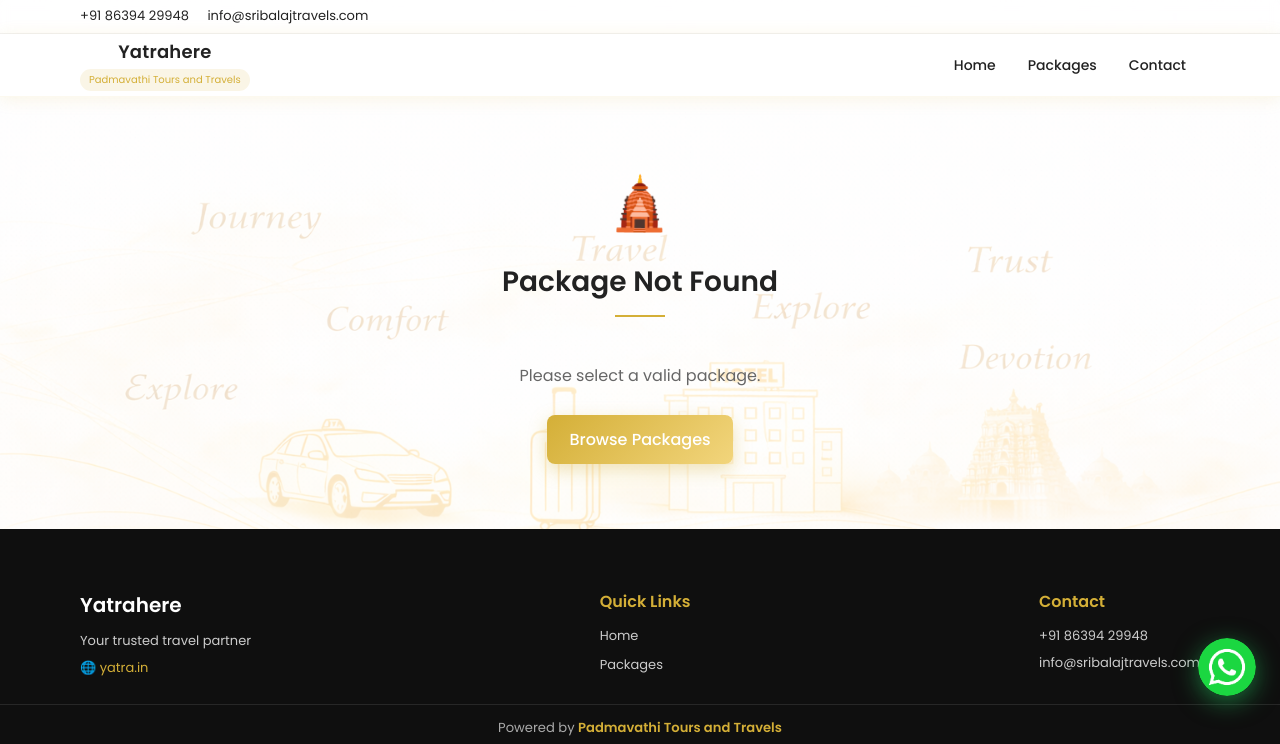
Repository: heytirupati/Bookingweb
Page: package.html
An editor plug-in stored every save of this project. The page is shown before and after the next save, followed by the edit.
The browser window is 1280 px wide. The pictures show the whole page.
Backgrounds fixed to the window are drawn as part of the page. Some web fonts or font styles are not loaded; a fallback is used.

Above is the page before, as saved 2026-04-29 16:40:58.

### package.html
<!DOCTYPE html>
<html lang="en">
<head>
    <meta charset="UTF-8">
    <meta name="viewport" content="width=device-width, initial-scale=1.0">
    <title>Package Details – Yatrahere</title>

    <link href="https://fonts.googleapis.com/css2?family=Poppins:wght@300;400;500;600&family=Playfair+Display:ital,wght@0,700;1,500&display=swap" rel="stylesheet">

    <link rel="stylesheet" href="css/style.css">
    <link rel="stylesheet" href="css/package.css">
    <style>
        .footer-bottom { text-align:center; padding:12px 0 6px; border-top:1px solid rgba(255,255,255,0.1); margin-top:20px; font-size:0.82rem; color:#aaa; }
        .footer-bottom strong { color:#d4af37; }
        .footer-domain a { color:#d4af37; text-decoration:none; }
        .footer-domain a:hover { text-decoration:underline; }
    </style>
</head>

<body>

<!-- TOP BAR -->
<section class="top-bar">
    <div class="container">
        <div class="top-left">
            <span>+91 86394 29948</span>
            <span>info@sribalajtravels.com</span>
        </div>
    </div>
</section>

<!-- NAVBAR -->
<header class="navbar">
    <div class="container">
        <div class="logo">
            <a href="index.html" class="logo-link">
                <h2>Yatrahere</h2>
                <div class="hero-badge nav-badge">
                    Padmavathi Tours and Travels
                </div>
            </a>
        </div>

        <div class="menu-toggle">☰</div>

        <nav class="nav-menu">
            <ul>
                <li><a href="index.html">Home</a></li>
                <li><a href="tirupathi.html#packages">Packages</a></li>
                <li><a href="index.html#contact">Contact</a></li>
            </ul>
        </nav>
    </div>
</header>

<!-- PACKAGE DETAIL -->
<main id="packageDetail">
    <div class="pkg-loading">
        <div class="pkg-loading-spinner"></div>
        <p>Loading package details…</p>
    </div>
</main>

<!-- RELATED -->
<section class="related-section" id="relatedSection" style="display:none;">
    <div class="container">
        <div class="section-header">
            <h2 class="packages-title">You May Also Like</h2>
            <p class="section-subtext">Handpicked packages that devotees love</p>
        </div>
    </div>

    <div class="related-scroll-wrapper">
        <div class="related-track" id="relatedCards"></div>
    </div>
</section>

<!-- WHATSAPP -->
<a href="https://wa.me/918639429948" class="whatsapp-float" target="_blank" aria-label="Chat on WhatsApp">
    <img src="images/whatsapplogo.png" alt="WhatsApp">
</a>

<!-- FOOTER -->
<footer class="footer" id="contact">
    <div class="container">
        <div class="footer-col">
            <h3>Yatrahere</h3>
            <p>Your trusted travel partner</p>
            <p class="footer-domain">🌐 <a href="https://yatra.in" target="_blank">yatra.in</a></p>
        </div>

        <div class="footer-col">
            <h4>Quick Links</h4>
            <ul>
                <li><a href="index.html">Home</a></li>
                <li><a href="tirupathi.html#packages">Packages</a></li>
            </ul>
        </div>

        <div class="footer-col">
            <h4>Contact</h4>
            <p>+91 86394 29948</p>
            <p>info@sribalajtravels.com</p>
        </div>
    </div>
    <div class="footer-bottom">
        <p>Powered by <strong>Padmavathi Tours and Travels</strong></p>
    </div>
</footer>

<script src="js/packages-data.js"></script>
<script src="js/script.js"></script>

</body>
</html>

Loaded but not shown: js/script.js (638 lines, source omitted); js/Packages-data.js (482 lines, source omitted); css/style.css (1929 lines, source omitted); css/package.css (986 lines, source omitted)

After the next save:
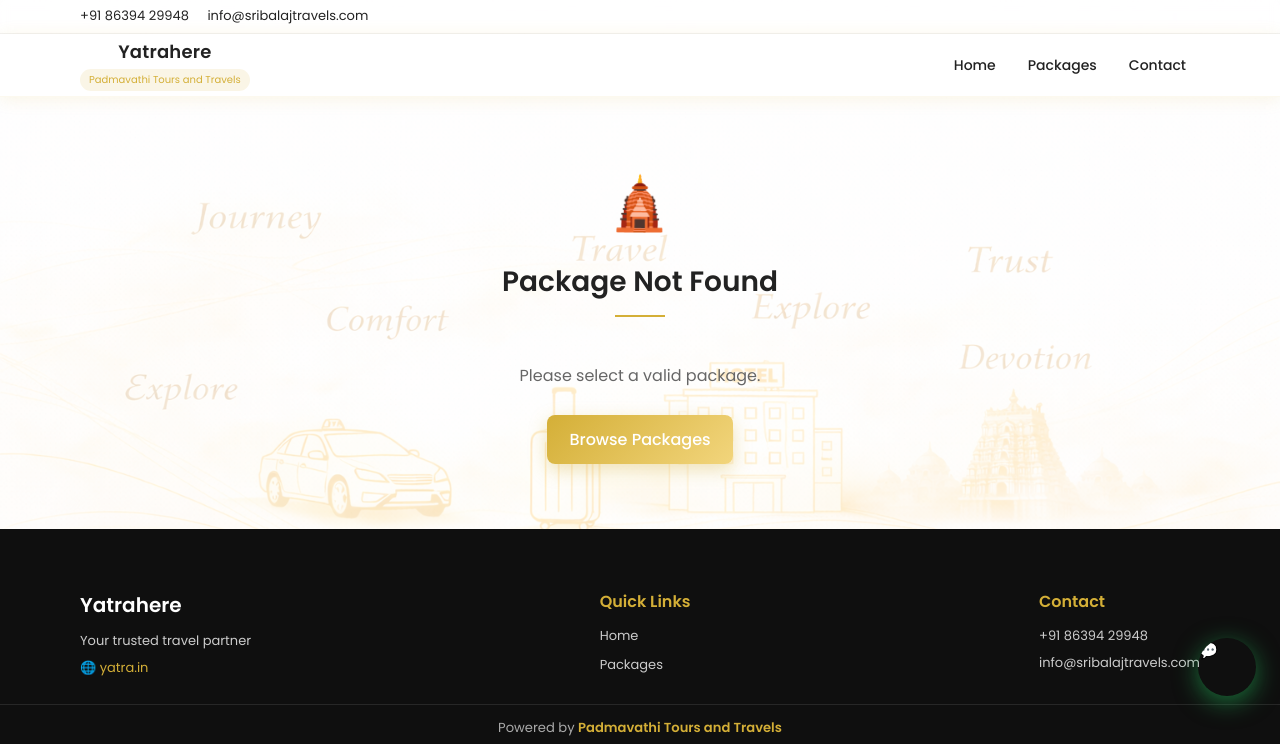
Saved 20 s later.
--- a/package.html
+++ b/package.html
@@ -76,9 +76,7 @@
 </section>
 
 <!-- WHATSAPP -->
-<a href="https://wa.me/918639429948" class="whatsapp-float" target="_blank" aria-label="Chat on WhatsApp">
-    <img src="images/whatsapplogo.png" alt="WhatsApp">
-</a>
+<a href="https://wa.me/918639429948" class="whatsapp-float" target="_blank">💬</a>
 
 <!-- FOOTER -->
 <footer class="footer" id="contact">
